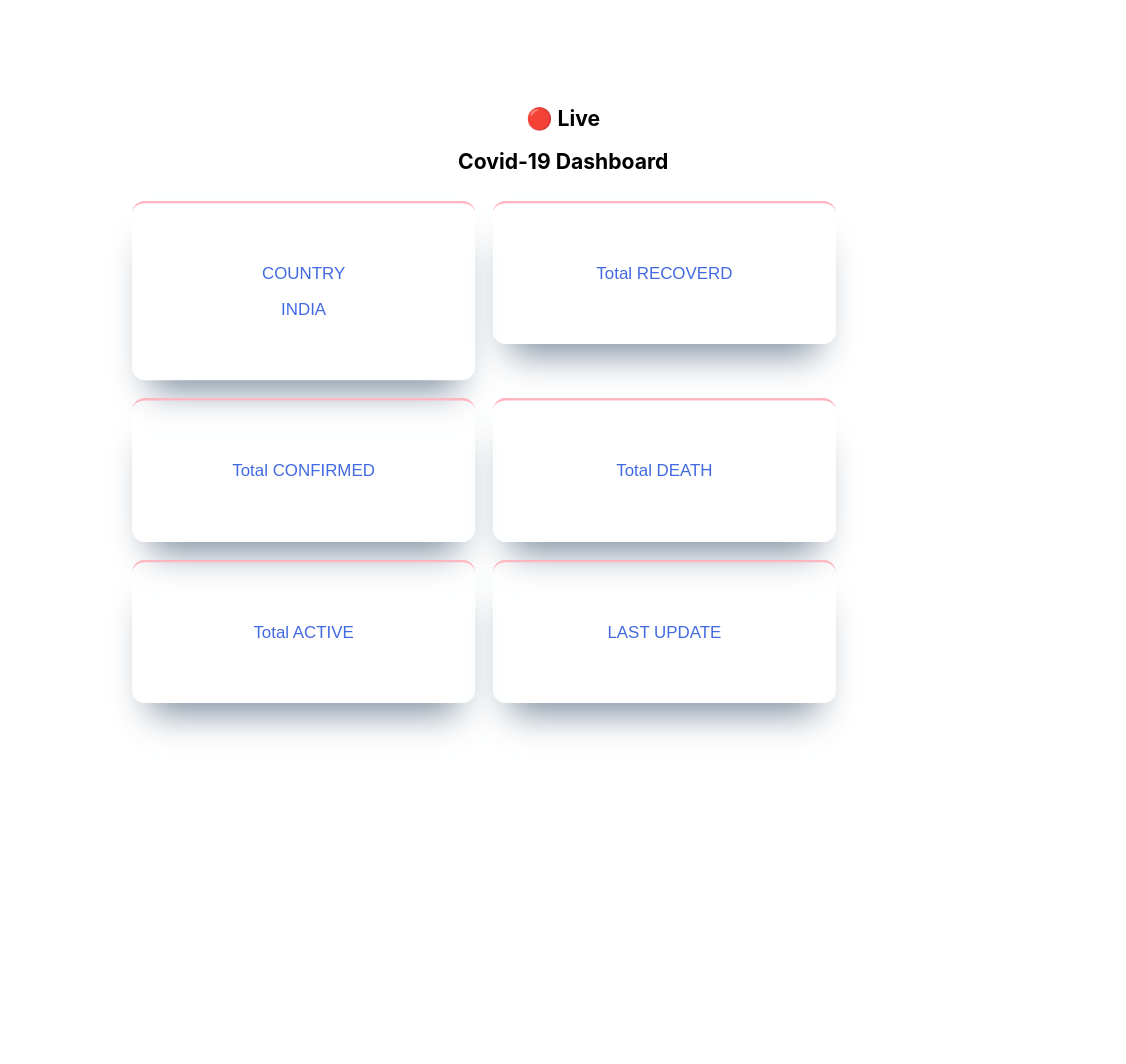
Repository: Aniketlamage/covid19-dashboard
Page: /
An editor plug-in stored every save of this project. The page is shown before and after the next save, followed by the edit.
The browser window is 1280 px wide. The pictures show the whole page, at 88% of full size.
The page's requests for data from a server got no answer. The project was rebuilt for these pictures with package versions that can differ from the ones it lists, and the page was loaded fresh each time. No one was signed in, and anything a server would have sent is missing.

Above is the page before, as saved 2021-09-30 22:02:53.

After the next save:
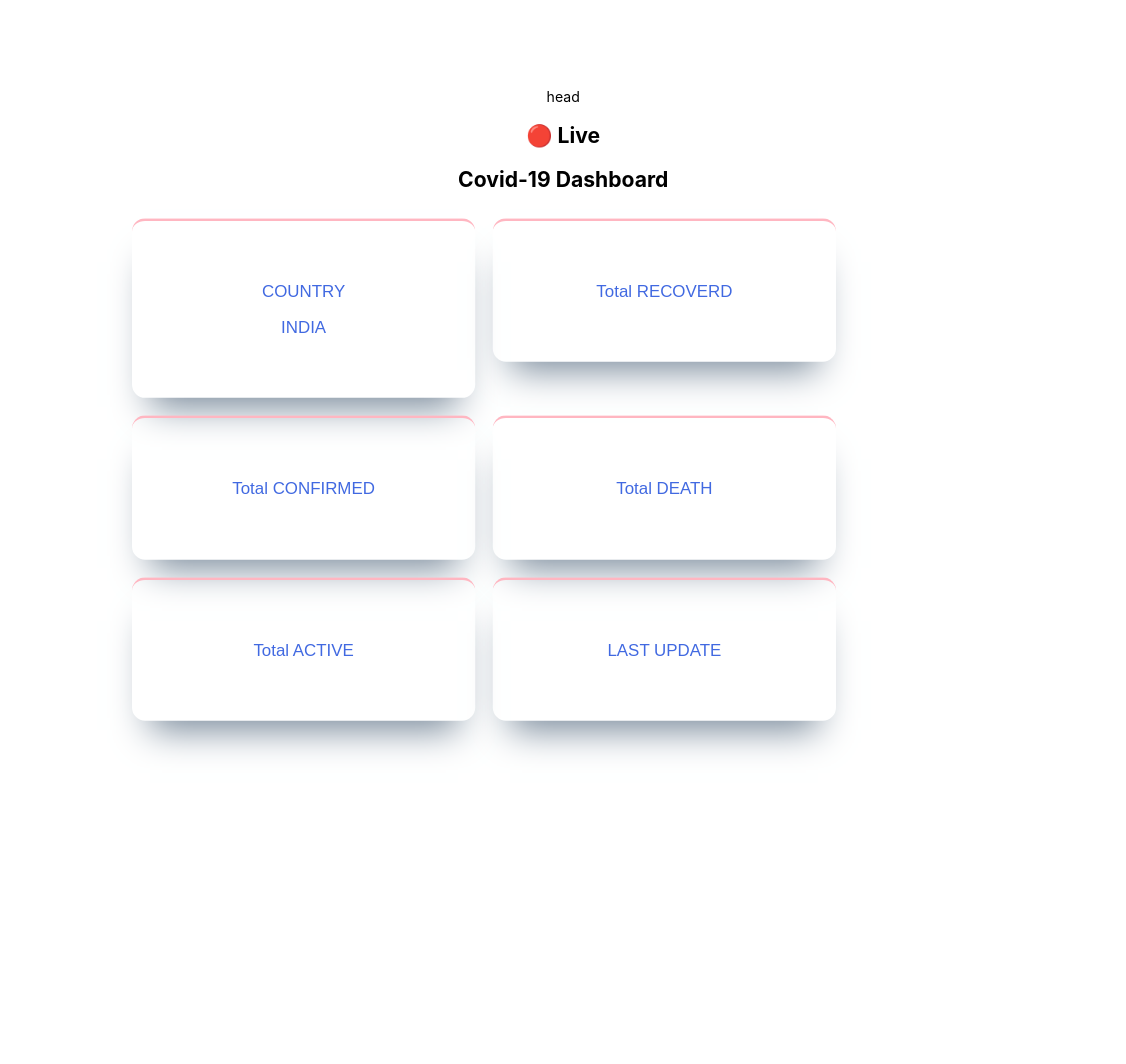
Saved 110 s later.
--- a/src/components/covid.js
+++ b/src/components/covid.js
@@ -21,7 +21,7 @@
 <>
 <section>
 
-
+    <nav>head</nav>
 
     <h1>🔴 Live </h1>
     <h2>Covid-19 Dashboard</h2>

After the save that followed:
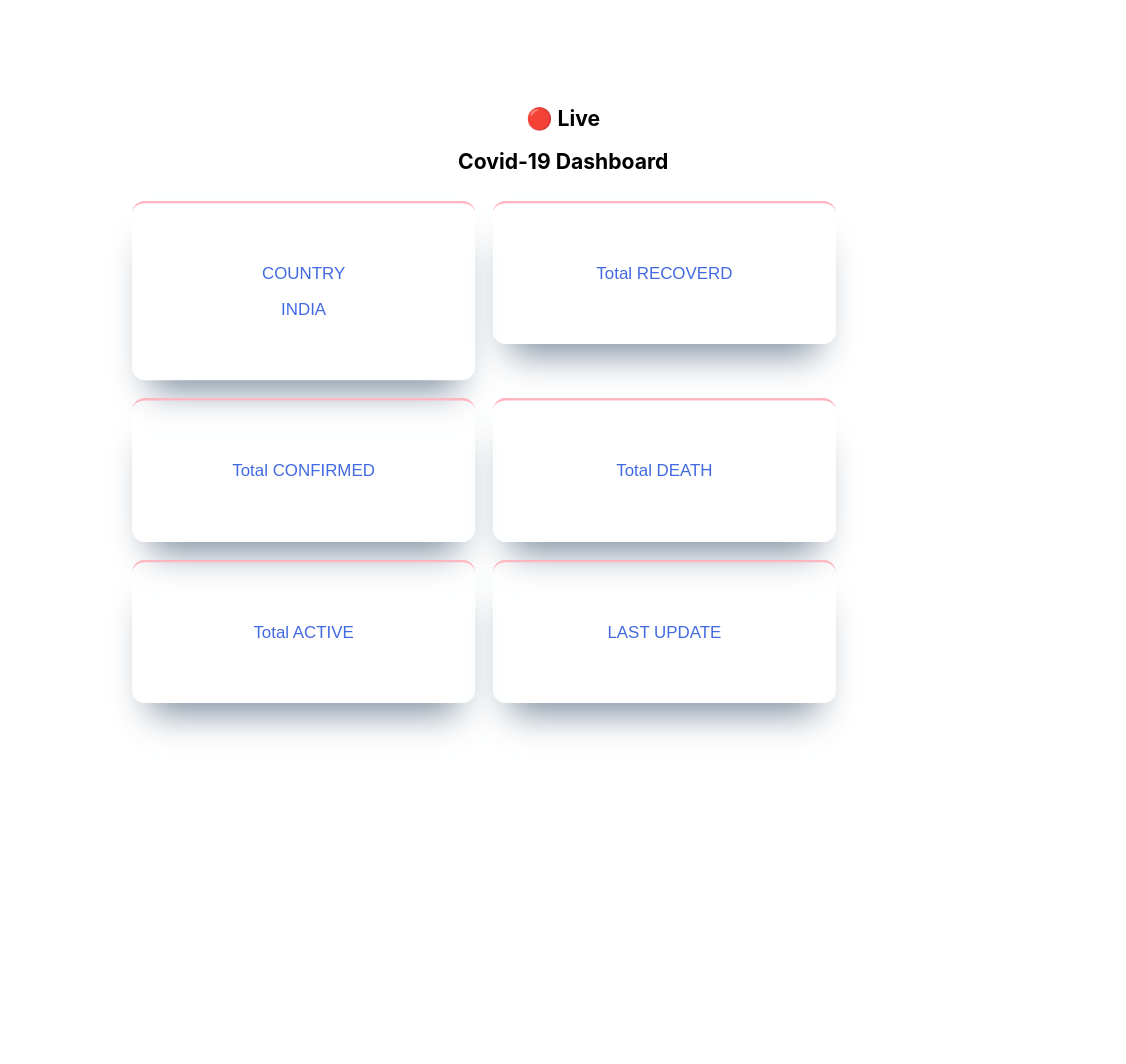
Saved 12 s later.
--- a/src/components/covid.js
+++ b/src/components/covid.js
@@ -21,7 +21,6 @@
 <>
 <section>
 
-    <nav>head</nav>
 
     <h1>🔴 Live </h1>
     <h2>Covid-19 Dashboard</h2>
